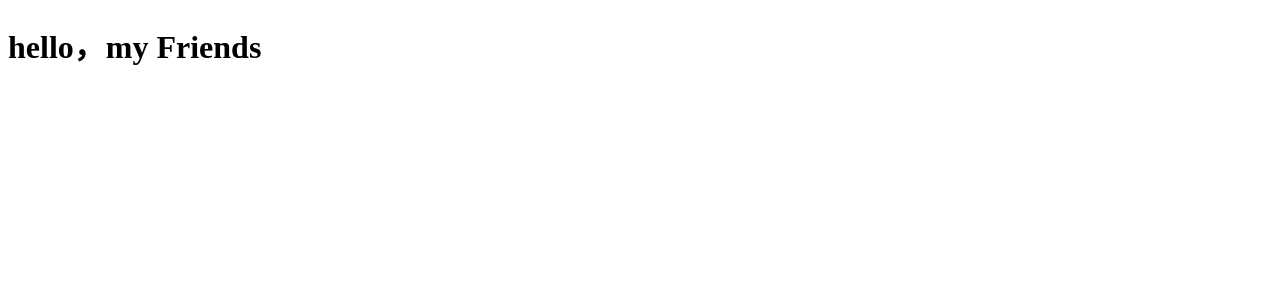
Repository: ocxz/spring
Page: http://localhost/FirstDemo/TargetServlet
These files come from the project's save history. The page is drawn as it stood at one moment and after the next save; the edit follows.
The browser window is 1280 px wide. The pictures show the whole page.
The page is served by Tomcat 9.

Above is the page before, as saved 2019-11-25 03:01:50.

After the next save:
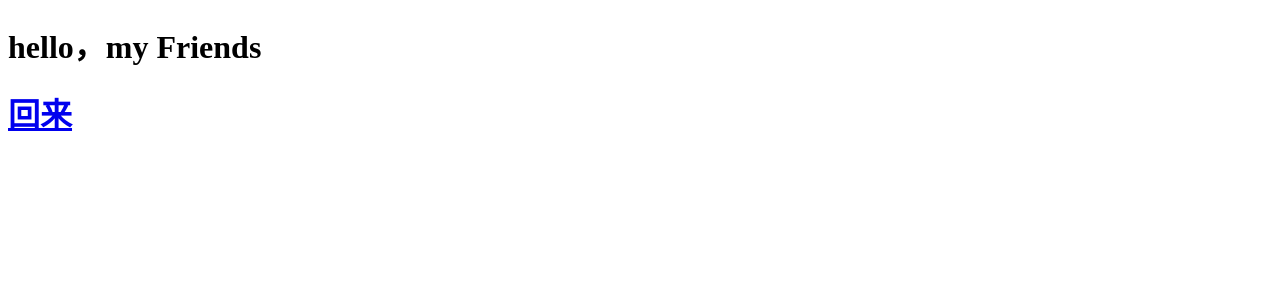
Saved 99 s later.
--- a/MavenCode/代码/FirstDemo/WebContent/My/target.jsp
+++ b/MavenCode/代码/FirstDemo/WebContent/My/target.jsp
@@ -8,5 +8,6 @@
 </head>
 <body>
 <h1>hello，my Friends</h1>
+<h1><a href="../index.jsp">回来</a></h1>
 </body>
 </html>
